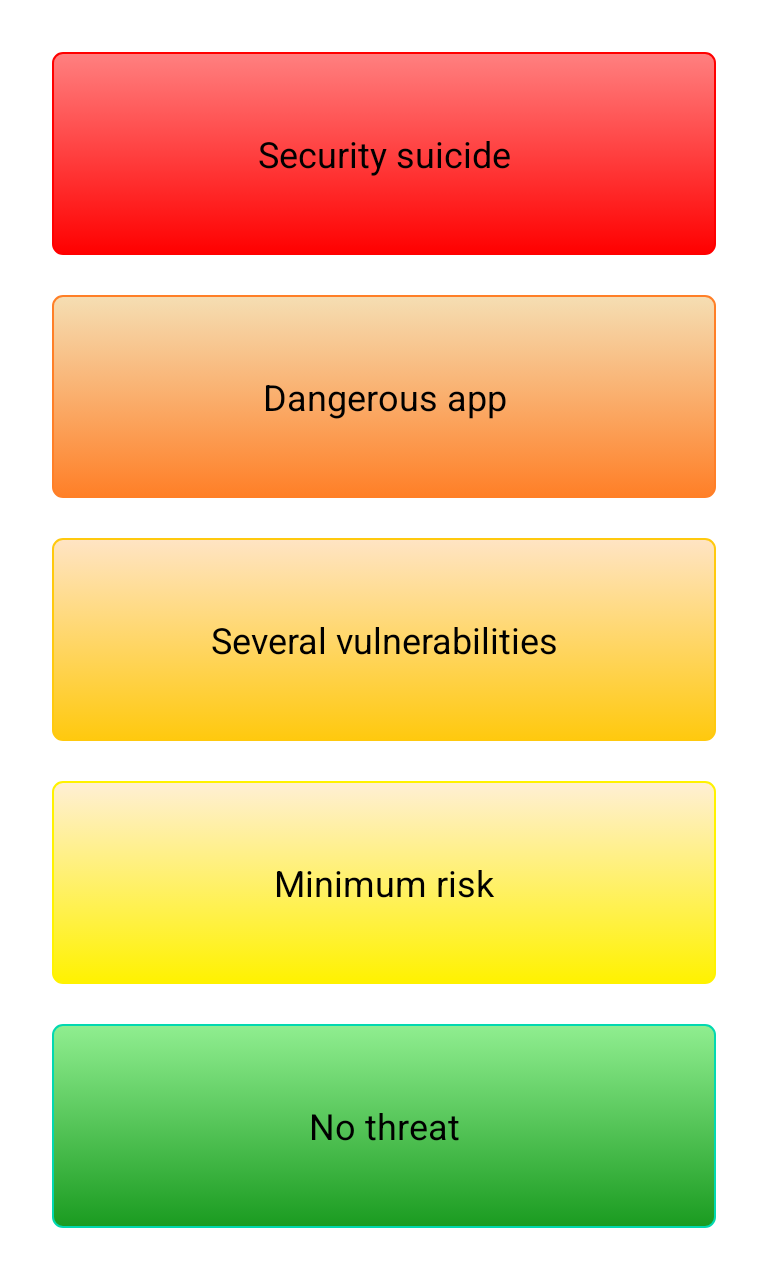
Repository: n0whereman/feidroid
Layout: Src/ApplicationViewer/res/layout/fragment_analysis2.xml
These files come from the project's save history. The layout is drawn as it stood at one moment and after a run of saves; the edit follows.
It is drawn on a 768 x 1280 px phone screen (xhdpi) without system bars, with theme android:Theme.Holo.Light; the app's code is not run.

Above is the layout before, as saved 2015-04-25 20:44:37.

### Src/ApplicationViewer/res/layout/fragment_analysis2.xml
<LinearLayout xmlns:android="http://schemas.android.com/apk/res/android"
    xmlns:tools="http://schemas.android.com/tools"
    android:layout_width="match_parent"
    android:layout_height="match_parent"
    android:fadingEdge="horizontal"
    android:orientation="vertical"
    android:paddingBottom="@dimen/activity_vertical_margin"
    android:paddingLeft="@dimen/activity_horizontal_margin"
    android:paddingRight="@dimen/activity_horizontal_margin"
    android:paddingTop="@dimen/activity_vertical_margin"
    android:weightSum="5"
    tools:context="pete.android.study.AnalysisActivity$PlaceholderFragment" >

    <Button
        android:id="@+id/btnThreadLvl5"
        android:layout_width="match_parent"
        android:layout_height="wrap_content"
        android:layout_weight="1"
        android:text="@string/threadLvl5"
        android:background="@drawable/button_thread5"
        android:layout_margin="10dp" />

    <Button
        android:id="@+id/btnThreadLvl4"
        android:layout_width="match_parent"
        android:layout_height="wrap_content"
        android:layout_weight="1"
        android:text="@string/threadLvl4"
        android:background="@drawable/button_thread4"
        android:layout_margin="10dp" />

    <Button
        android:id="@+id/btnThreadLvl3"
        android:layout_width="match_parent"
        android:layout_height="wrap_content"
        android:layout_weight="1"
        android:text="@string/threadLvl3"
        android:background="@drawable/button_thread3"
        android:layout_margin="10dp" />

    <Button
        android:id="@+id/btnThreadLvl2"
        android:layout_width="match_parent"
        android:layout_height="wrap_content"
        android:layout_weight="1"
        android:text="@string/threadLvl2"
        android:background="@drawable/button_thread2"
        android:layout_margin="10dp" />

    <Button
        android:id="@+id/btnThreadLvl1"
        android:layout_width="match_parent"
        android:layout_height="wrap_content"
        android:layout_weight="1"
        android:text="@string/threadLvl1"
        android:background="@drawable/button_thread1"
    	android:layout_margin="10dp" />

</LinearLayout>

### Src/ApplicationViewer/res/values/dimens.xml
<resources>

    <!-- Default screen margins, per the Android Design guidelines. -->
    <dimen name="activity_horizontal_margin">16dp</dimen>
    <dimen name="activity_vertical_margin">16dp</dimen>

    <dimen name="padding_8">8dp</dimen>
    <dimen name="padding_16">16dp</dimen>
    <dimen name="padding_32">32dp</dimen>
    <dimen name="padding_48">48dp</dimen>

</resources>

### Src/ApplicationViewer/res/values/strings.xml
<?xml version="1.0" encoding="utf-8"?>
<resources>

    <string name="hello">Hello World, MainActivity!</string>
    <string name="app_name">Suspicious Apps Checker</string>
    <string name="LaunchButton">Launch</string>
    <string name="AppInfoButton">Info</string>
    <string name="AnalyzeButton">Analyze</string>
    <string name="title_activity_launch">LaunchActivity</string>
    <string name="hello_world">Hello world!</string>
    <string name="action_settings">Settings</string>
    <string name="desc">Blabla</string>
    <string name="title_activity_detail">App Info</string>

    <!-- Main activity -->
    <string name="action_open_app">Launch</string>
    <string name="action_detail_app">Detail</string>

    <!-- Detail activity -->
    <string name="label_package_name">Package name:</string>
    <string name="label_class_name">Class name:</string>
    <string name="label_process_name">Process name:</string>
    <string name="label_version_name">Version name:</string>
    <string name="label_version_code">Version code:</string>
    <string name="label_sdk_version">Target SDK :</string>
    <string name="label_install_date">Install date:</string>
    <string name="label_last_update">Last update:</string>
    <string name="label_source_directory">Source directory:</string>
    <string name="label_data_directory">Data directory:</string>
    <string name="label_permissions">Permissions:</string>
    <string name="label_flags">Flags:</string>
    <string name="label_no_permissions">No permissions</string>
    <string name="Analyze_appButton">Analysis</string>

     <!-- Analysis activity -->
     <string name="label_list_of_permissions">Permisions List:</string>
     <string name="label_unsafe_permissions">Suspicious perm.:</string>
     <string name="label_choosed_category">Category:</string>
     <string name="label_score">Risk:</string>


    <!-- Category list -->
    <string name="label_Category">Category:</string>

    <string-array name="category_array">
        <item>Games</item>
        <item>Communication</item>
        <item>Entertainment</item>
        <item>Finance</item>
        <item>Health</item>
        <item>Lifestyle</item>
        <item>Multimedia</item>
        <item>Productivity</item>
        <item>Shopping</item>
        <item>Social</item>
        <item>Sports</item>
        <item>Themes</item>
        <item>Tools</item>
        <item>Travel</item>
    </string-array>

    <string name="title_activity_analysis">App Analysis</string>
    <string name="title_analysis_detail">Analysis detail</string>
    <string name="threadLvl1">No threat</string>
    <string name="threadLvl2">Minimum risk</string>
    <string name="threadLvl3">Several vulnerabilities</string>
    <string name="threadLvl4">Dangerous app</string>
    <string name="threadLvl5">Security suicide</string>
    <string name="label_no_categories">No category</string>
    <string name="label_sha1hash">SHA1:</string>

</resources>

### Src/ApplicationViewer/res/drawable-hdpi/button_thread5.xml
<?xml version="1.0" encoding="utf-8"?>
<selector xmlns:android="http://schemas.android.com/apk/res/android" >
<item android:state_pressed="true" >
 <shape android:shape="rectangle"  >
     <corners android:radius="5dp" />
     <stroke android:width="1dip" android:color="@color/red_temp" />
     <gradient android:angle="-90" android:startColor="@color/red_temp" android:endColor="@color/red_temp"  />
 </shape>
</item>
<item android:state_focused="true">
 <shape android:shape="rectangle"  >
     <corners android:radius="5dp" />
     <stroke android:width="1dip" android:color="#971E05" />
     <solid android:color="#58857e"/>
 </shape>
</item>
<item >
<shape android:shape="rectangle"  >
     <corners android:radius="5dp" />
     <stroke android:width="1dip" android:color="@color/bright_red" />
     <gradient android:angle="-90" android:startColor="@color/red_temp" android:endColor="@color/button_red" />
 </shape>
</item>
</selector>

### Src/ApplicationViewer/res/drawable-hdpi/button_thread4.xml
<?xml version="1.0" encoding="utf-8"?>
<selector xmlns:android="http://schemas.android.com/apk/res/android" >
<item android:state_pressed="true" >
 <shape android:shape="rectangle"  >
     <corners android:radius="5dp" />
     <stroke android:width="1dip" android:color="@color/orange_temp" />
     <gradient android:angle="-90" android:startColor="@color/orange_temp" android:endColor="@color/orange_temp"  />
 </shape>
</item>
<item android:state_focused="true">
 <shape android:shape="rectangle"  >
     <corners android:radius="5dp" />
     <stroke android:width="1dip" android:color="#971E05" />
     <solid android:color="#58857e"/>
 </shape>
</item>
<item >
<shape android:shape="rectangle"  >
     <corners android:radius="5dp" />
     <stroke android:width="1dip" android:color="@color/bright_orange" />
     <gradient android:angle="-90" android:startColor="@color/orange_temp" android:endColor="@color/button_orange" />
 </shape>
</item>
</selector>

### Src/ApplicationViewer/res/drawable-hdpi/button_thread3.xml
<?xml version="1.0" encoding="utf-8"?>
<selector xmlns:android="http://schemas.android.com/apk/res/android" >
<item android:state_pressed="true" >
 <shape android:shape="rectangle"  >
     <corners android:radius="5dp" />
     <stroke android:width="1dip" android:color="@color/amber_temp" />
     <gradient android:angle="-90" android:startColor="@color/amber_temp" android:endColor="@color/amber_temp"  />
 </shape>
</item>
<item android:state_focused="true">
 <shape android:shape="rectangle"  >
     <corners android:radius="5dp" />
     <stroke android:width="1dip" android:color="#971E05" />
     <solid android:color="#58857e"/>
 </shape>
</item>
<item >
<shape android:shape="rectangle"  >
     <corners android:radius="5dp" />
     <stroke android:width="1dip" android:color="@color/bright_amber" />
     <gradient android:angle="-90" android:startColor="@color/amber_temp" android:endColor="@color/button_amber" />
 </shape>
</item>
</selector>

### Src/ApplicationViewer/res/drawable-hdpi/button_thread2.xml
<?xml version="1.0" encoding="utf-8"?>
<selector xmlns:android="http://schemas.android.com/apk/res/android" >
<item android:state_pressed="true" >
 <shape android:shape="rectangle"  >
     <corners android:radius="5dp" />
     <stroke android:width="1dip" android:color="@color/yellow_temp" />
     <gradient android:angle="-90" android:startColor="@color/yellow_temp" android:endColor="@color/yellow_temp"  />
 </shape>
</item>
<item android:state_focused="true">
 <shape android:shape="rectangle"  >
     <corners android:radius="5dp" />
     <stroke android:width="1dip" android:color="#971E05" />
     <solid android:color="#58857e"/>
 </shape>
</item>
<item >
<shape android:shape="rectangle"  >
     <corners android:radius="5dp" />
     <stroke android:width="1dip" android:color="@color/bright_yellow" />
     <gradient android:angle="-90" android:startColor="@color/yellow_temp" android:endColor="@color/button_yellow" />
 </shape>
</item>
</selector>

### Src/ApplicationViewer/res/drawable-hdpi/button_thread1.xml
<?xml version="1.0" encoding="utf-8"?>
<selector xmlns:android="http://schemas.android.com/apk/res/android" >
<item android:state_pressed="true" >
 <shape android:shape="rectangle"  >
     <corners android:radius="5dp" />
     <stroke android:width="1dip" android:color="@color/green_temp" />
     <gradient android:angle="-90" android:startColor="@color/green_temp" android:endColor="@color/green_temp"  />
 </shape>
</item>
<item android:state_focused="true">
 <shape android:shape="rectangle"  >
     <corners android:radius="5dp" />
     <stroke android:width="1dip" android:color="#971E05" />
     <solid android:color="#58857e"/>
 </shape>
</item>
<item >
<shape android:shape="rectangle"  >
     <corners android:radius="5dp" />
     <stroke android:width="1dip" android:color="@color/bright_green" />
     <gradient android:angle="-90" android:startColor="@color/green_temp" android:endColor="@color/button_green" />
 </shape>
</item>
</selector>

### Src/ApplicationViewer/res/values/colors.xml
<?xml version="1.0" encoding="utf-8"?>
<resources>
    <color name="black">#000000</color>

    <color name="perm_green">#069C00</color>
    <color name="perm_yellow">#D9CA00</color>
    <color name="perm_orange">#D45F00</color>
    <color name="perm_red">#AB0000</color>

    <!-- Green -->
	<color name="green_temp">#90EE90</color>
	<color name="green_dark">#159204</color>
	<color name="bright_green">#02D8B0</color>
	<color name="button_green">#1A9B20</color>

	<!-- Yellow -->
	<color name="yellow_temp">#FFEFD5</color>
	<color name="yellow_dark">#FFF200</color>
	<color name="bright_yellow">#FFF200</color>
	<color name="button_yellow">#FFF200</color>

	<!-- Amber -->
	<color name="amber_temp">#FFE4C4</color>
	<color name="amber_dark">#FFC90E</color>
	<color name="bright_amber">#FFC90E</color>
	<color name="button_amber">#FFC90E</color>

	<!-- Orange -->
	<color name="orange_temp">#F5DEB3</color>
	<color name="orange_dark">#FF7F27</color>
	<color name="bright_orange">#FF7F27</color>
	<color name="button_orange">#FF7F27</color>

	<!-- Red -->
	<color name="red_temp">#FF8080</color>
	<color name="red_dark">#FF0000</color>
	<color name="bright_red">#FF0000</color>
	<color name="button_red">#FF0000</color>
</resources>

Loaded but not shown: Src/ApplicationViewer/res/values-w820dp/dimens.xml (common file)

After the next 2 saves:
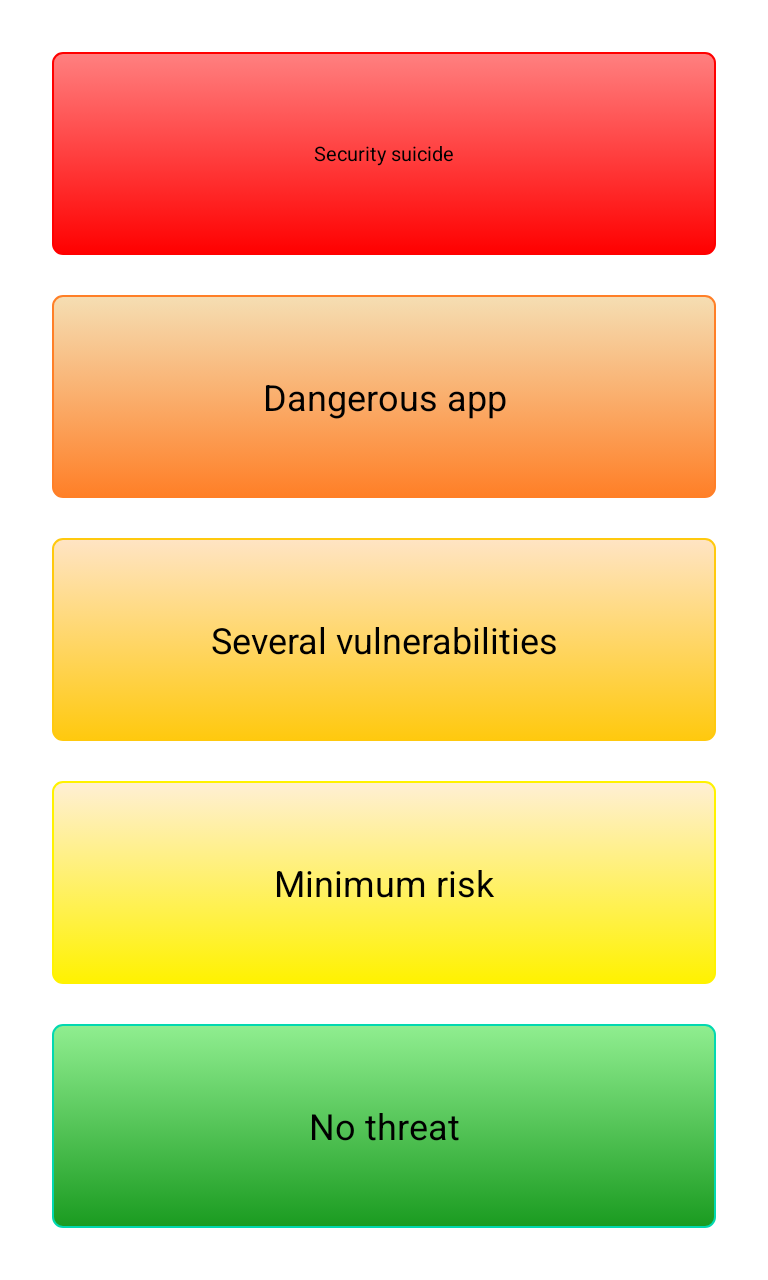
The 2 saves are shown as one change because 1 did not build or start.
The last was saved 62 s later.
--- a/Src/ApplicationViewer/res/layout/fragment_analysis2.xml
+++ b/Src/ApplicationViewer/res/layout/fragment_analysis2.xml
@@ -18,6 +18,7 @@
         android:layout_weight="1"
         android:text="@string/threadLvl5"
         android:background="@drawable/button_thread5"
+        android:textSize="10dp"
         android:layout_margin="10dp" />
 
     <Button
